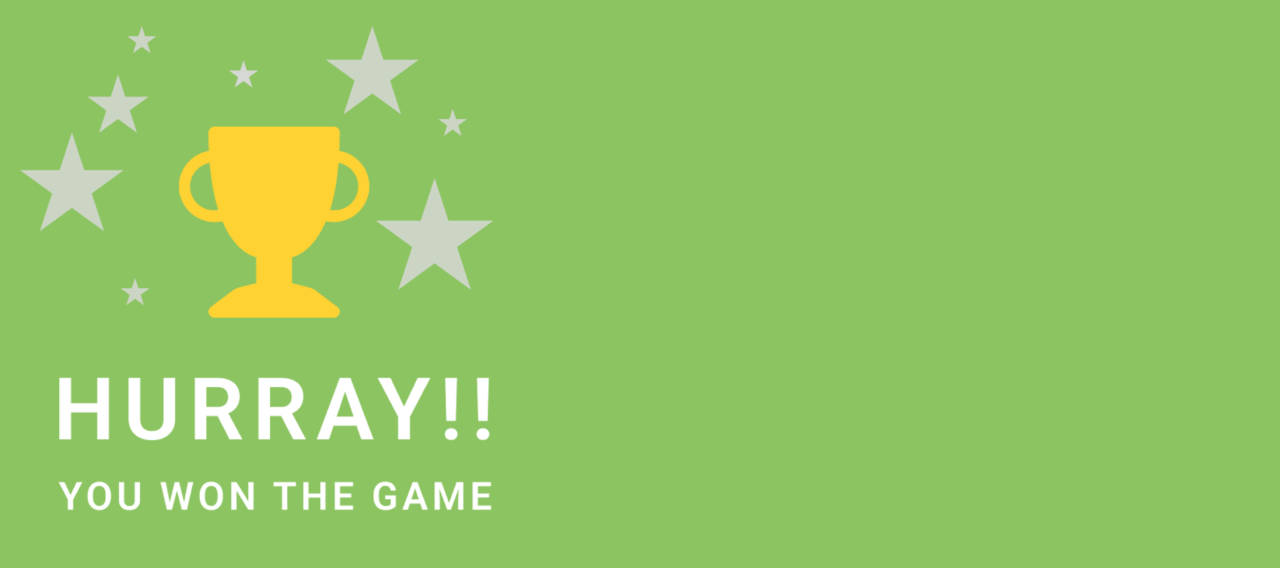
Repository: drumsmanku/Major-module-project-1
Page: hurray.html
An editor plug-in stored every save of this project. The page is shown before and after the next save, followed by the edit.
The browser window is 1280 px wide. The pictures show the whole page.

Above is the page before, as saved 2023-04-30 23:52:44.

### hurray.html
<!DOCTYPE html>
<html lang="en">
<head>
  <meta charset="UTF-8">
  <meta http-equiv="X-UA-Compatible" content="IE=edge">
  <meta name="viewport" content="width=device-width, initial-scale=1.0">
  <title>Won</title>
  <style>
    body{
      background-color: #8CC461;
    }
    .container img{
      width: 70vh;
    }
  </style>
</head>
<body>
  <div class="container">
    <img src="hurray.png" alt="">
  </div>
</body>
</html>

After the next save:
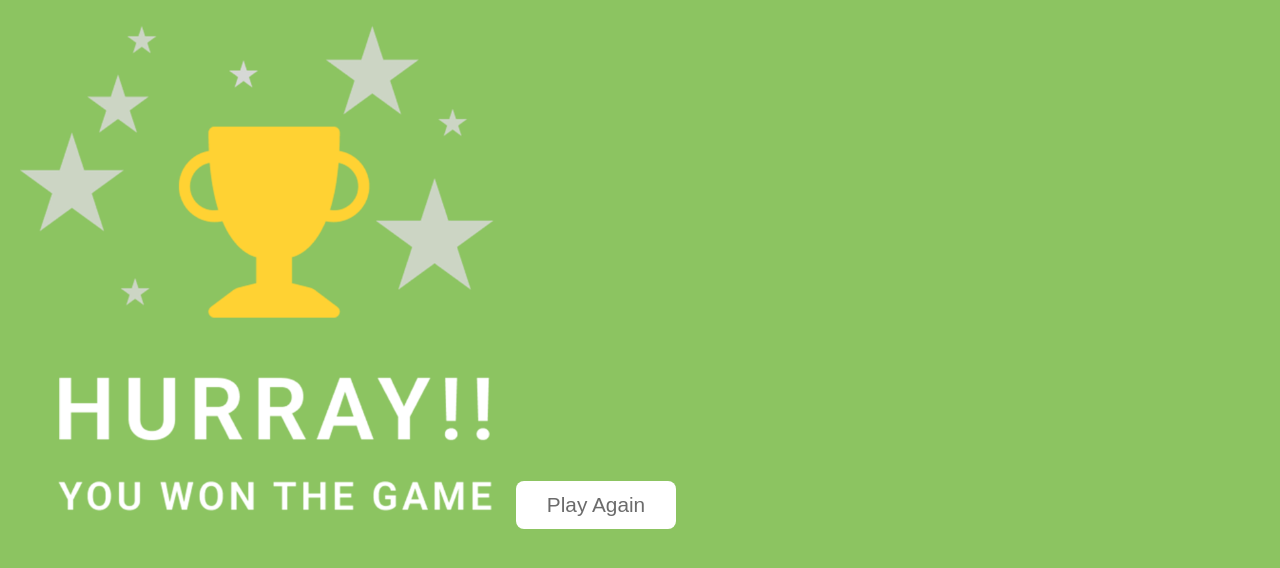
Saved 114 s later.
--- a/hurray.html
+++ b/hurray.html
@@ -12,11 +12,21 @@
     .container img{
       width: 70vh;
     }
+    .play-again{
+      background-color: white;
+      border: none;
+      color: #6B6B6B;
+      width: 10rem;
+      height: 3rem;
+      font-size: 1.3rem;
+      border-radius: 0.5rem;
+    }
   </style>
 </head>
 <body>
   <div class="container">
     <img src="hurray.png" alt="">
+    <button id="play-again" class="play-again" onclick="playAgain()">Play Again</button>
   </div>
 </body>
 </html>
